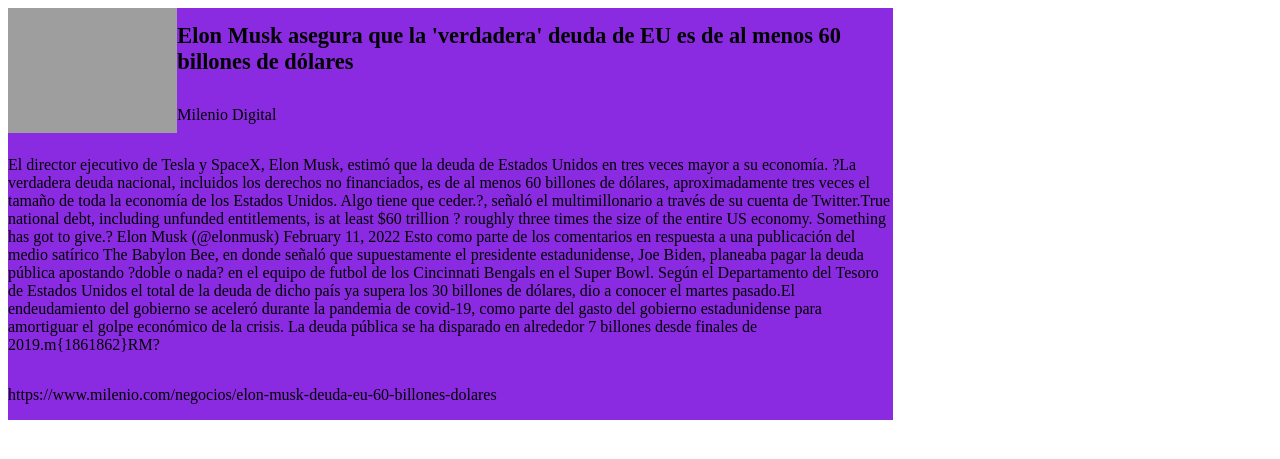
Repository: giovanabirck/lab-01-news
Page: /
These files come from the project's save history. The page is drawn as it stood at one moment and after a run of saves; the edit follows.
The browser window is 1280 px wide. The pictures show the whole page.
Pictures or frames that could not be fetched are drawn as grey boxes. The project was rebuilt for these pictures with package versions that can differ from the ones it lists, and the page was loaded fresh each time. The framework's server and built-in components were replaced by stand-ins that run in the browser. Also part of the build but not shown: next.config.js, styles/globals.css.

Above is the page before, as saved 2023-09-17 20:54:26.

After the next 2 saves:
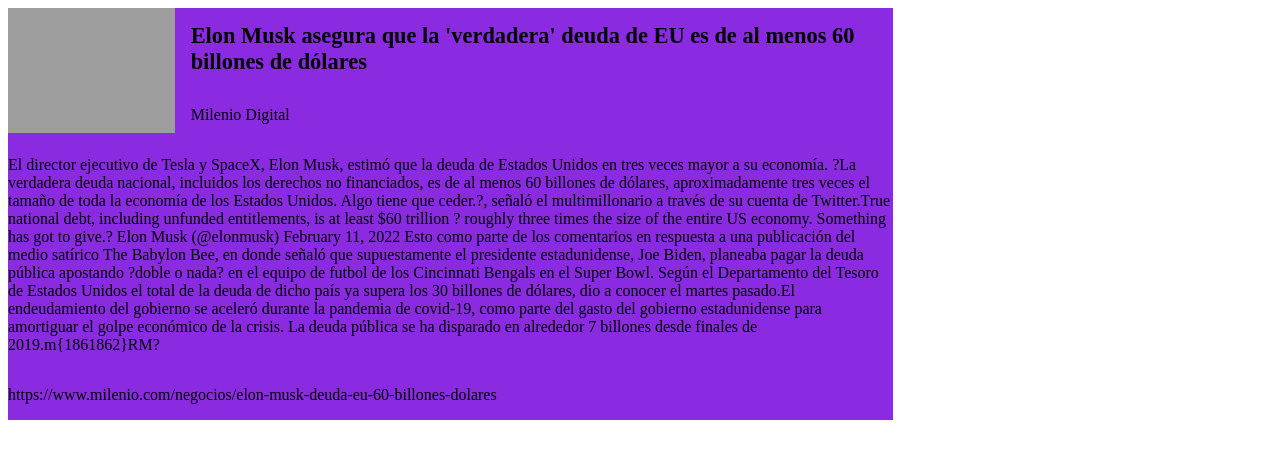
The 2 saves are shown as one change because they came seconds apart.
The last was saved 13 s later.
--- a/styles/Home.module.css
+++ b/styles/Home.module.css
@@ -10,6 +10,7 @@
 .card_img_title {
     display: flex;
     flex-direction: row;
+    column-gap: 1em;
 }
 
 .card_img_creator {
